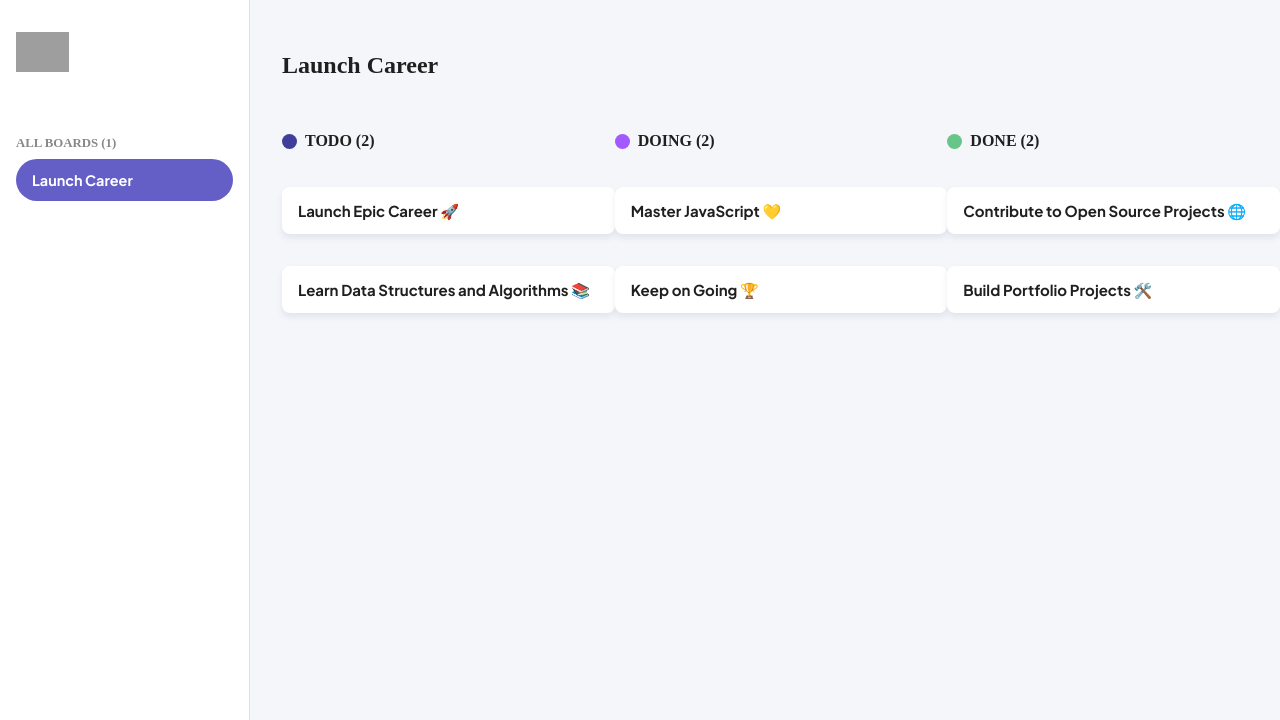
Repository: andajonas/ANDJON25111_fto2502_A2_Anda_Jonas_JSL01
Page: index.html
An editor plug-in stored every save of this project. The page is shown before and after the next save, followed by the edit.
The browser window is 1280 px wide. The pictures show the whole page.
Pictures or frames that could not be fetched are drawn as grey boxes.

Above is the page before, as saved 2025-04-25 18:29:07.

After the next save:
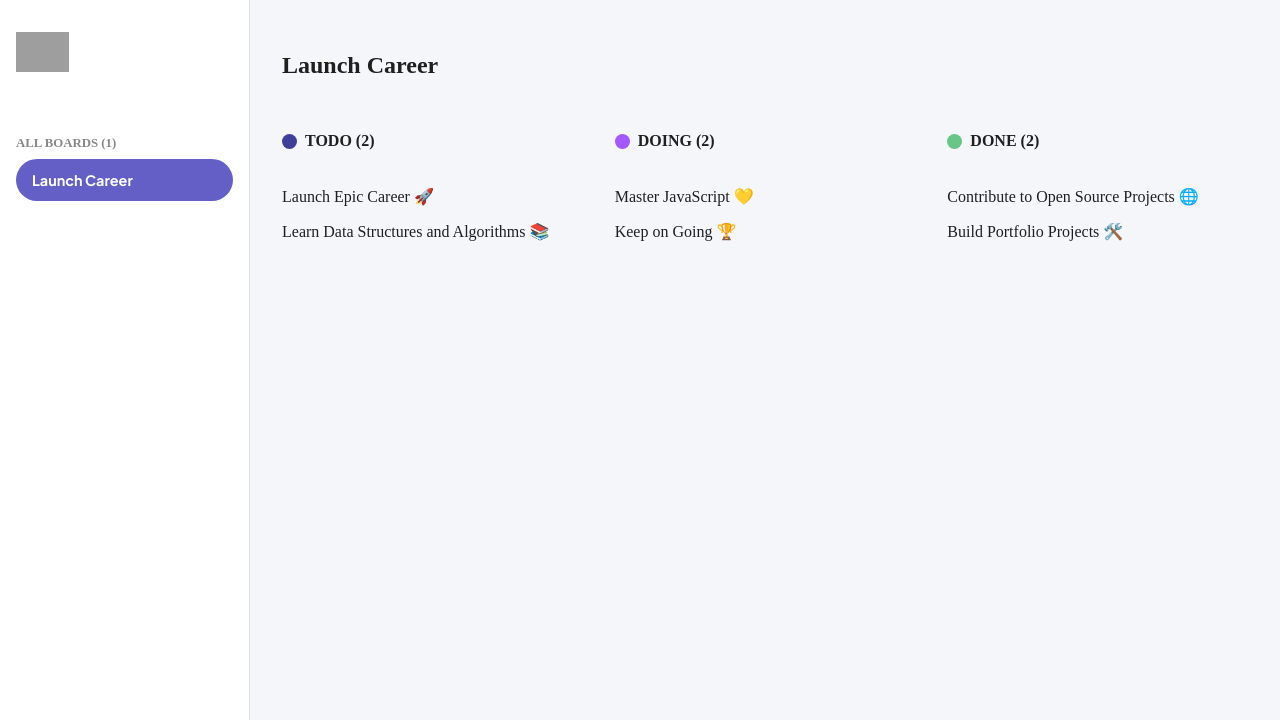
Saved 5 s later.
--- a/style.css
+++ b/style.css
@@ -110,19 +110,7 @@ body {
     gap: 1rem;
   }
 
-  .card {
-      font-family: 'Plus Jakarta Sans', sans-serif;
-      font-weight: 700;
-      font-size: 15px;
-      line-height: 1;
-      padding: 1rem;
-      background-color: white;
-      border-radius: 8px;
-      box-shadow: 0px 4px 6px rgba(54, 78, 126, 0.1);
-      margin-bottom: 1rem;
-      width: 100%;
-      max-width: 301px;
-    }
+
 
   /* Mobile Responsive Styles */
 @media (max-width: 768px) {
